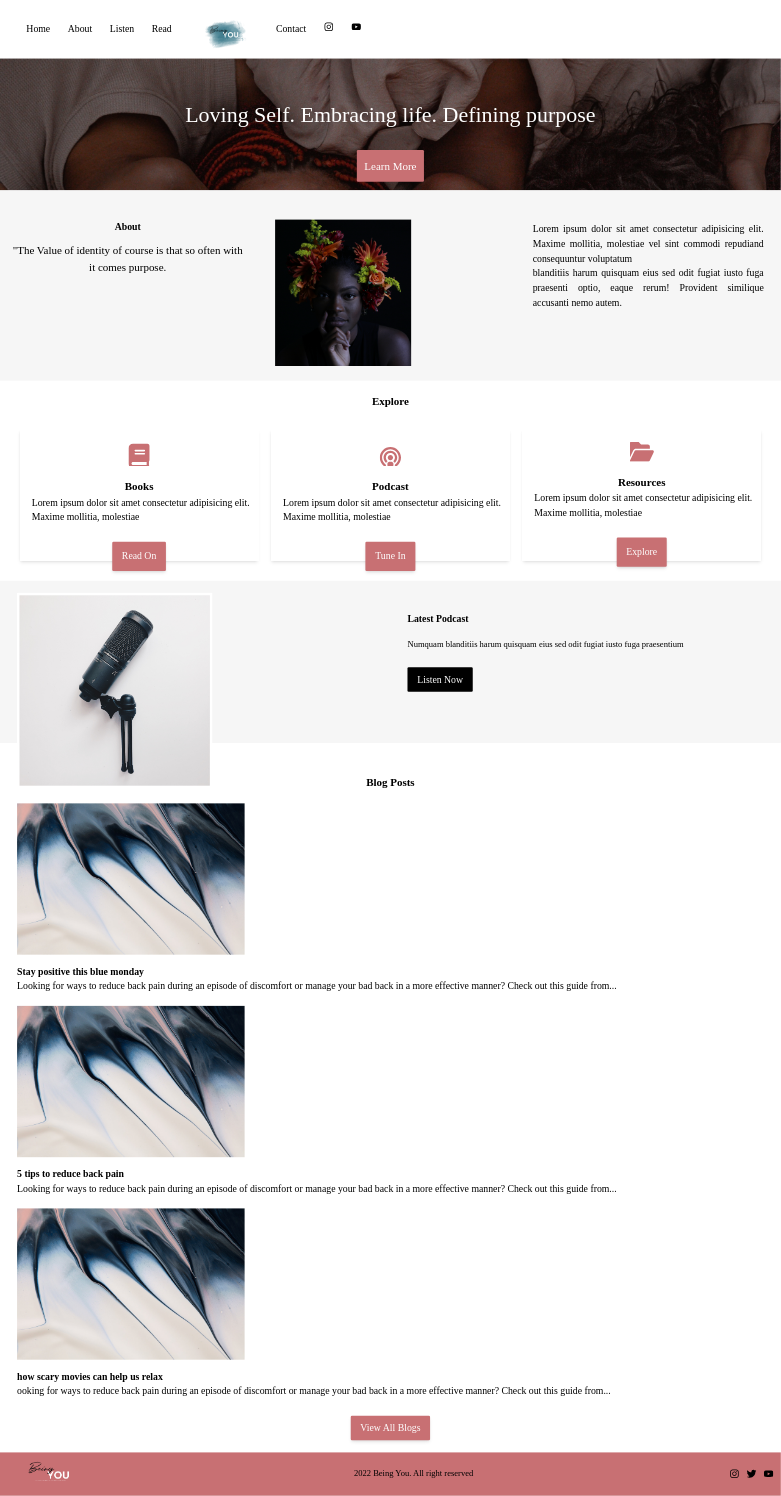
Repository: BrightonMboya/being-you
Page: /
These files come from the project's save history. The page is drawn as it stood at one moment and after the next save; the edit follows.
The browser window is 1280 px wide. The pictures show the whole page, at 61% of full size.
The project was rebuilt for these pictures with package versions that can differ from the ones it lists, and the page was loaded fresh each time.

Above is the page before, as saved 2022-05-29 11:24:48.

### src/index.css
@tailwind base;
@tailwind components;
@tailwind utilities;

@layer base {
    html {
        font-family: Cormorant Garamond;
    }
}

### src/App.js
import React from "react";
import NavBar from './Components/Navbar/NavBar';
import HeroSection from "./Components/Hero-Section/HeroSection";
import About from "./Components/About/About"
import Explore from "./Components/Podcast/Explore";
import Podcast from "./Components/Podcast/Podcast";
import Blogs from "./Components/Blog/Blogs";
import Footer from "./Components/Footer/Footer";

function App() {
  return (
    <React.Fragment>
     <NavBar/>
     <HeroSection/>
     <About/>
     <Explore/>
     <Podcast/>
     <Blogs/>
     <Footer/>
    </React.Fragment>
  );
}

export default App;

### src/Components/Navbar/NavBar.jsx
import React, { useState } from 'react'
import { Link } from 'react-scroll'
import logo from '../../assets/logo.png'
import { FaBars, FaTimes, FaInstagram, FaYoutube } from 'react-icons/fa'

const NavBar = () => {
  const [nav, setNav] = useState(false)
  const handleClick = () => setNav(!nav)
  return (
    <React.Fragment>
      <div className="flex items-center justify-between shadow-md">
        <div className="md:hidden">
          <img src={logo} alt="" className="object-cover w-28 h-28" />
        </div>

        {/* menu */}
        <ul className="hidden md:flex gap-[4vh] ml-[6vh] mt-4">
          <li className="mt-5">
            <Link to="home" smooth={true} duration={500}>
              Home
            </Link>
          </li>
          <li className="mt-5">
            <Link to="about" smooth={true} duration={500}>
              About
            </Link>
          </li>
          <li className="mt-5">
            <Link to="listen" smooth={true} duration={500}>
              Listen
            </Link>
          </li>
          <li className="mt-5">
            <Link to="read" smooth={true} duration={500}>
              Read
            </Link>
          </li>
          <li>
            <img src={logo} alt="" className="object-cover w-30 h-20" />
          </li>
          <li className="mt-5">
            <Link to="contact" smooth={true} duration={500}>
              Contact
            </Link>
          </li>
          <li className="mt-5">
            <FaInstagram className="w-full" />
          </li>
          <li className="mt-5">
            <FaYoutube />
          </li>
        </ul>

        {/* Hamburger Menu */}
        <div className="md:hidden z-10" onClick={handleClick}>
          {!nav ? (
            <FaBars className="text-2xl w-full mr-8" />
          ) : (
            <FaTimes className="text-3xl  mr-3" />
          )}
        </div>

        {/* mobile menu */}
        <ul
          className={
            !nav
              ? 'hidden'
              : 'absolute top-0 left-0 w-full h-[60vh] flex flex-col justify-center items-center'
          }
        >
          <li className="text-2xl py-5">
            <Link onClick={handleClick} to="home" smooth={true} duration={500}>
              Home
            </Link>
          </li>
          <li className="text-2xl">
            <Link to="about" smooth={true} duration={500}>
              About
            </Link>
          </li>
          <li className="text-2xl">
            <Link to="listen" smooth={true} duration={500}>
              Listen
            </Link>
          </li>
          <li className="text-2xl">
            <Link to="read" smooth={true} duration={500}>
              Read
            </Link>
          </li>

          <li className="text-2xl">
            <Link to="contact" smooth={true} duration={500}>
              Contact
            </Link>
          </li>
        </ul>
      </div>
    </React.Fragment>
  )
}

export default NavBar

### src/Components/Hero-Section/HeroSection.jsx
import React from 'react'
import hero from '../../assets/hero.png'

const HeroSection = () => {
  return (
    <div
      style={{
        backgroundImage: `url(${hero})`,
        objectPosition: 'cover',
      }}
      className="object-cover bg-cover bg-no-repeat h-[30vh] md:h-[30vh]"
    >
      <div className="flex flex-col items-center justify-center pt-[7vh]">
        <h3 className="text-center text-xl text-white font-medium py-[3vh] md:text-4xl">
          Loving Self. Embracing life. Defining purpose
        </h3>

        <button className="bg-[#C87073] text-white py-1.5 mt-4 px-2.5 rounded-sm font-normal text-base md:py-3 px-3 text-lg">
          Learn More
        </button>
      </div>
    </div>
  )
}

export default HeroSection

### src/Components/About/About.jsx
import React from "react";
import about from "../../assets/about.jpg";

const About = () => {
  return (
    <div className="flex flex-col justify-center items-center bg-[#F6F6F6]">
      <div className="py-6 md:grid grid-cols-3 gap-3">
        <div className="mt-6">
          <h3 className="text-center font-semibold">About</h3>
          <p className="text-center px-4 md:mt-3 text-lg">
            "The Value of identity of course is that so often with it comes
            purpose.
          </p>
        </div>
        <div>
          <img src={about} alt="" className="mt-6 px-[10vh] h-60 md:px-5" />
        </div>
        <p className="text-center px-3 text-sm mt-7 md:text-base text-justify mr-4">
          Lorem ipsum dolor sit amet consectetur adipisicing elit. Maxime
          mollitia, molestiae vel sint commodi repudiand consequuntur voluptatum
          <br />
          blanditiis harum quisquam eius sed odit fugiat iusto fuga praesenti
          optio, eaque rerum! Provident similique accusanti nemo autem.
        </p>
      </div>
    </div>
  );
};

export default About;

### src/Components/Podcast/Explore.jsx
import React from "react";
import ExploreCard from "./ExploreCard";
import book from "../../assets/book.svg";
import podcast from "../../assets/podcast.svg";
import resources from "../../assets/resources.svg";

const Explore = () => {
  return (
    <div className="mt-5">
      <h3 className="text-center font-semibold text-lg">Explore</h3>
      <div className="flex flex-col px-8 md:grid grid-cols-3 gap-5">
        <ExploreCard
          image={book}
          title="Books"
          description="Lorem ipsum dolor sit amet consectetur adipisicing elit. Maxime mollitia, molestiae "
          action="Read On"
        />
        <ExploreCard
          image={podcast}
          title="Podcast"
          description="Lorem ipsum dolor sit amet consectetur adipisicing elit. Maxime mollitia, molestiae "
          action="Tune In"
        />
        <ExploreCard
          image={resources}
          title="Resources"
          description="Lorem ipsum dolor sit amet consectetur adipisicing elit. Maxime mollitia, molestiae "
          action="Explore"
        />

      </div>
    </div>
  );
};

export default Explore;

### src/Components/Podcast/Podcast.jsx
import React from "react";
import mic from "../../assets/mic.jpg";

const Podcast = () => {
  return (
    <div className="bg-[#F6F6F6] mt-8 h-[37vh]">
      <div className="grid grid-cols-2">
        <img
          src={mic}
          alt=""
          className="h-full w-25 object-cover ml-3  mt-5 border-4 border-white md:h-80 mt-12 ml-7"
        />
        <div className="mt-[7vh] ml-7">
          <h3 className="font-semibold">Latest Podcast</h3>
          <p className="text-sm mr-5 mt-5">
            Numquam blanditiis harum quisquam eius sed odit fugiat iusto fuga
            praesentium
          </p>

          <button className="mt-7 bg-black text-white px-4 py-2 rounded-sm shadow-mdF">
            Listen Now
          </button>
        </div>
      </div>
    </div>
  );
};

export default Podcast;

### src/Components/Blog/Blogs.jsx
import React from "react";
import BlogCard from "./BlogCard";
import blog from "../../assets/blog.png";

const Blogs = () => {
  return (
    <div>
      <div className="mt-[7vh]">
        <h3 className="text-center font-semibold text-lg">Blog Posts</h3>
        <div>
          <BlogCard
            image={blog}
            title="Stay positive this blue monday"
            description="Looking for ways to reduce back pain during an episode of
            discomfort or manage your bad back in a more effective manner? Check out this guide from..."
          />
          <BlogCard
            image={blog}
            title="5 tips to reduce back pain"
            description="Looking for ways to reduce back pain during an episode of
            discomfort or manage your bad back in a more effective manner? Check out this guide from..."
          />
          <BlogCard
            image={blog}
            title="how scary movies can help us relax"
            description="ooking for ways to reduce back pain during an episode of
            discomfort or manage your bad back in a more effective manner? Check out this guide from..."
          />
        </div>

        <div className="flex items-center justify-center mb-5">
          <button className="mt-7 bg-[#C87073] text-white px-4 py-2 rounded-sm shadow-md">
            View All Blogs
          </button>
        </div>
      </div>
    </div>
  );
};

export default Blogs;

### src/Components/Footer/Footer.jsx
import React from "react";
import logo2 from '../../assets/logo2.png'
import {FaInstagram, FaTwitter, FaYoutube} from 'react-icons/fa'

const Footer = () => {
    const year = new Date().getFullYear();
  return <div className="bg-[#C87073] flex justify-between items-center">
      <div>
          <img src={logo2} alt="" className="h-full w-40" />
      </div>

      <div>
        <h2 className="text-sm">{year} Being You. All right reserved</h2>
      </div>

      <div className="flex gap-3 mr-3">
          <FaInstagram/>
          <FaTwitter/>
          <FaYoutube/>
      </div>
  </div>;
};

export default Footer;

### src/Components/Podcast/ExploreCard.jsx
import React from "react";

const ExploreCard = (props) => {
  return (
    <div className="mt-8">
      <div className="flex flex-col items-center shadow-md h-[30vh]">
        <img src={props.image} alt="" className="md:w-10 h-10 mt-5" />
        <h3 className="mt-5 font-semibold text-lg">{props.title}</h3>
        <p className="ml-5">{props.description}</p>

        <button className="mt-7 bg-[#C87073] text-white px-4 py-3 rounded-sm shadow-md">{props.action}</button>
      </div>
    </div>
  );
};

export default ExploreCard;

### src/Components/Blog/BlogCard.jsx
import React from 'react'

const BlogCard = (props) => {
  return (
    <div>
        <div className='px-7'>
            <img src={props.image} alt="" className='mt-5 object-cover'/>
            <h3 className='mt-4 font-semibold text-base'>{props.title}</h3>
            <p>{props.description}</p>
        </div>
    </div>
  )
}

export default BlogCard

Loaded but not shown: public/index.html (common file); src/index.js (common file); tailwind.config.js (common file)

After the next save:
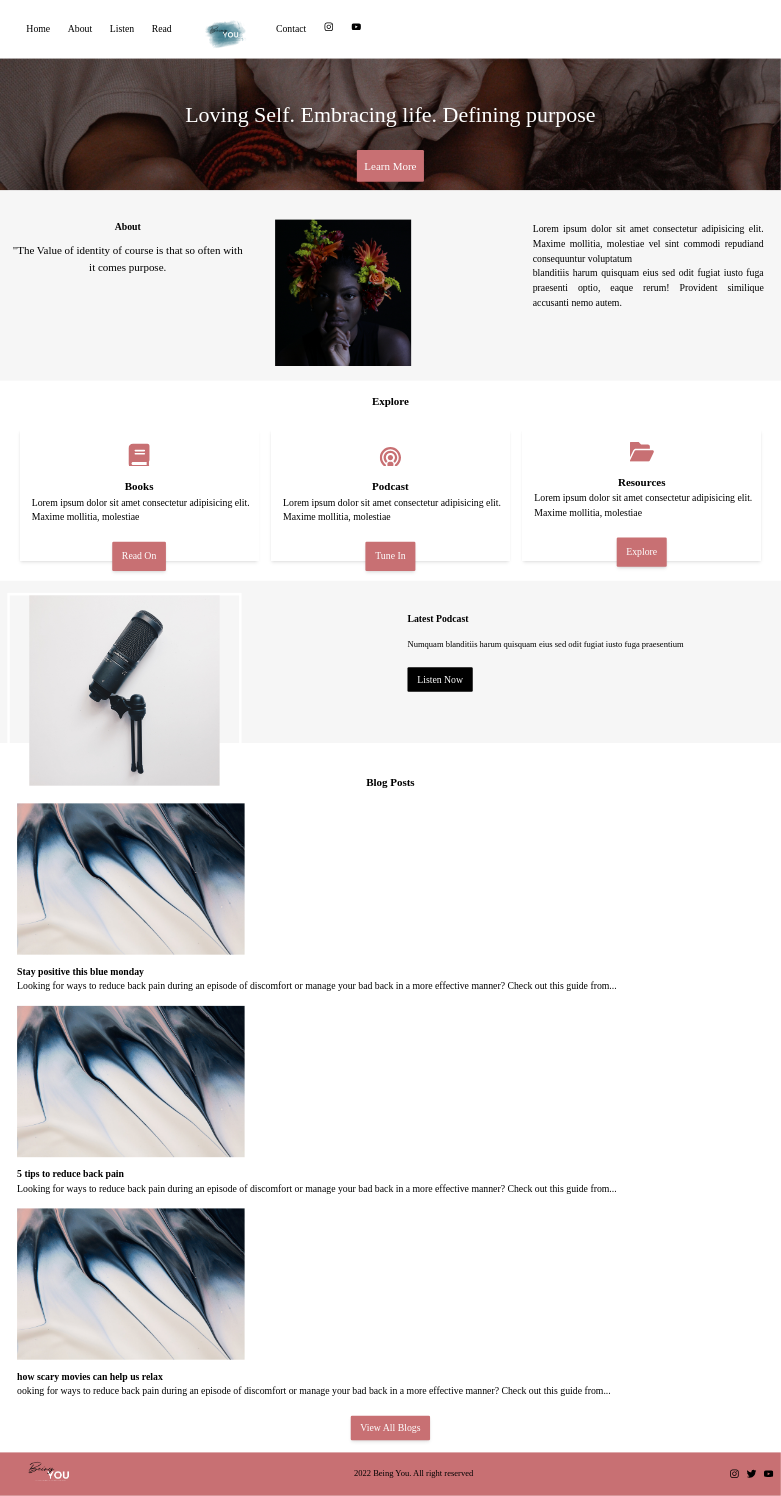
Saved 14 s later.
--- a/src/Components/Podcast/Podcast.jsx
+++ b/src/Components/Podcast/Podcast.jsx
@@ -8,7 +8,7 @@ const Podcast = () => {
         <img
           src={mic}
           alt=""
-          className="h-full w-25 object-cover ml-3  mt-5 border-4 border-white md:h-80 mt-12 ml-7"
+          className="h-full w-25 object-cover ml-3  mt-5 border-4 border-white md:h-80 mt-12 px-8"
         />
         <div className="mt-[7vh] ml-7">
           <h3 className="font-semibold">Latest Podcast</h3>
